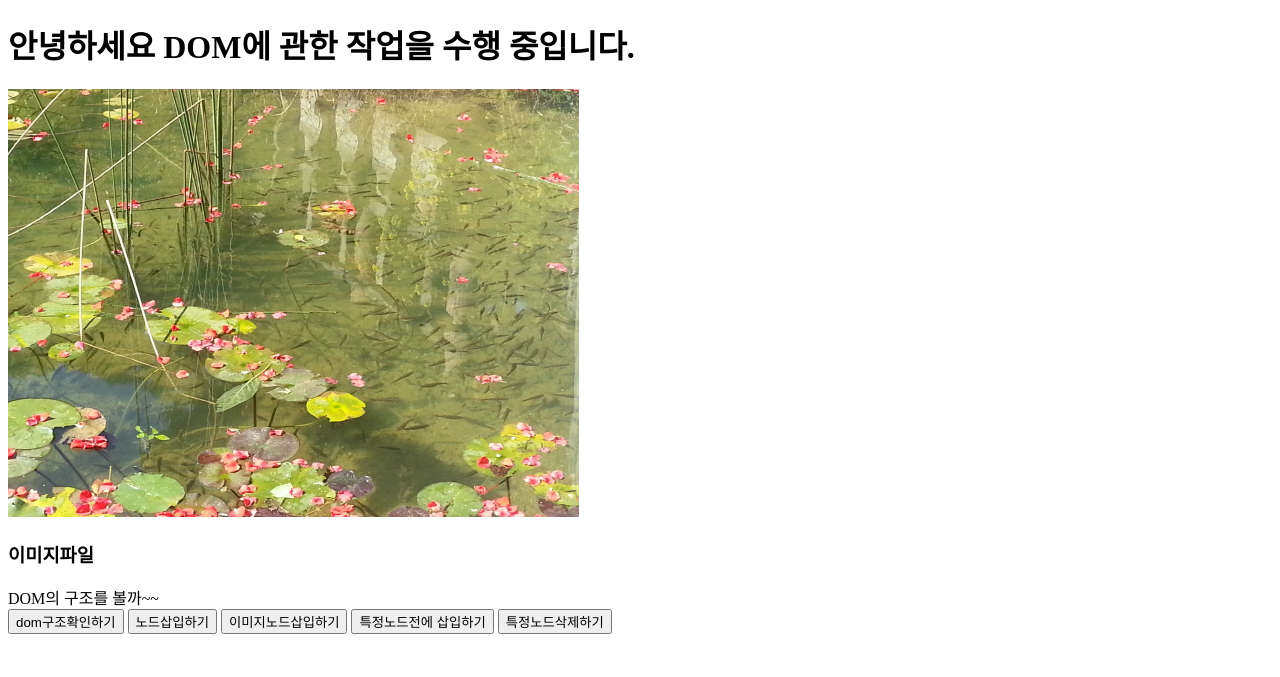
Repository: sonic247897/multicampus-web
Page: clientweb/WebContent/js_dom/js_basic_dom_nodeinsert.html
These files come from the project's save history. The page is drawn as it stood at one moment and after the next save; the edit follows.
The browser window is 1280 px wide. The pictures show the whole page.

Above is the page before, as saved 2020-01-10 02:08:53.

### clientweb/WebContent/js_dom/js_basic_dom_nodeinsert.html
<!DOCTYPE html>
<html>
<head>
<meta http-equiv="Content-Type" content="text/html; charset=EUC-KR" />
	<title>Insert title here</title>
	<script type="text/javascript">
	window.onload = function(){
		document.getElementById("btninsert").onclick = function(){
			// alert("Test");
			// <텍스트 노드 만들기>
			//1. 노드 생성
			newTextNode = document.createTextNode("삽입될 텍스트 ");

			//2. 삽입될 상위 노드를 구하기
			targetNode = document.getElementById("domtestbtn");

			//3. target노드에 새롭게 생성한 노드를 추가한다. - 하위노드로 추가
			targetNode.appendChild(newTextNode);
		}

		}
	</script>
</head>
<body>
	<div id="main">
		<h1 id="myhead">안녕하세요 DOM에 관한 작업을 수행 중입니다.</h1>
		<div id="mycontent1"><img src="../images/m_garden07.jpg" name="myimg" id="myimagId"
				alt="이미지파일" /><h3>이미지파일</h3></div>
		<div id="mycontent2">DOM의 구조를 볼까~~</div>
		<div id="domtestbtn">
			<form id="myformId" name="myform">
				<input type="button" value="dom구조확인하기"
					 name="btn" id="btndomtest" />
				<input type="button" value="노드삽입하기"
					 name="btn" id="btninsert" />
				<input type="button" value="이미지노드삽입하기"
					 name="btn" id="imginsert" />

				<input type="button" value="특정노드전에 삽입하기"
					 name="btn" id="btninsertbefore" />
				<input type="button" value="특정노드삭제하기"
					 name="btn" id="btndelete" />
			</form>

		</div>
	</div>
</body>
</html>

After the next save:
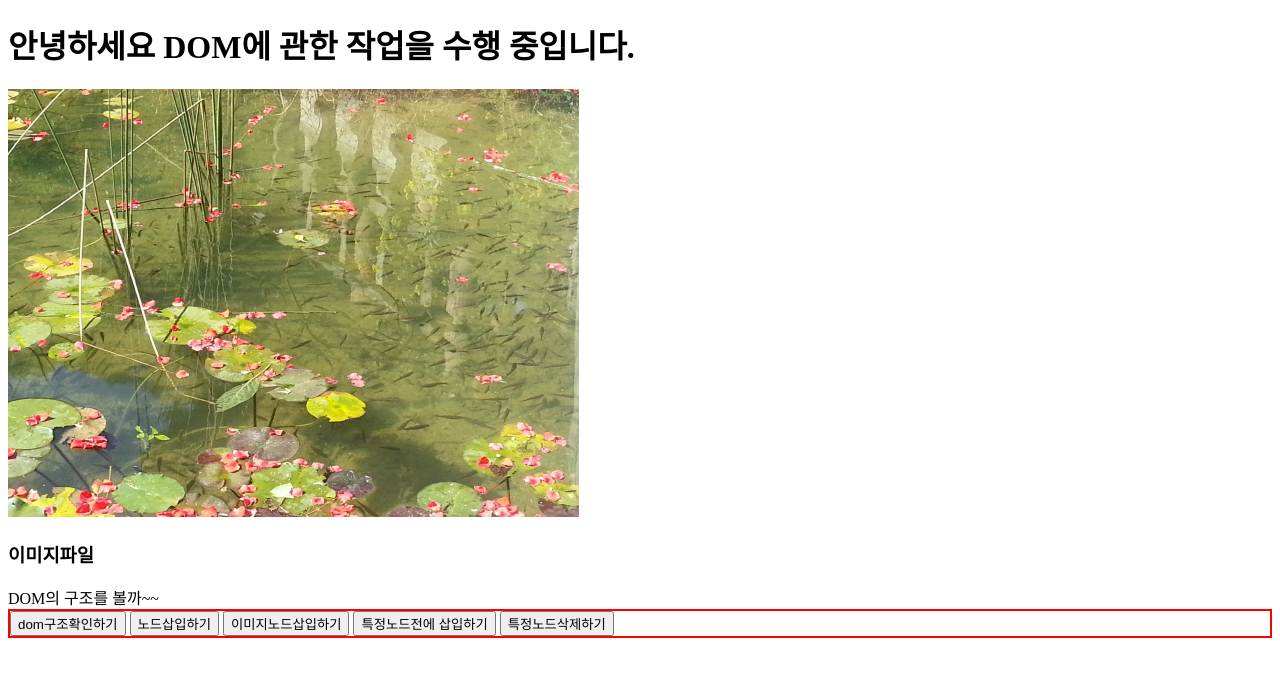
Saved 14 s later.
--- a/clientweb/WebContent/js_dom/js_basic_dom_nodeinsert.html
+++ b/clientweb/WebContent/js_dom/js_basic_dom_nodeinsert.html
@@ -27,7 +27,8 @@
 		<div id="mycontent1"><img src="../images/m_garden07.jpg" name="myimg" id="myimagId"
 				alt="이미지파일" /><h3>이미지파일</h3></div>
 		<div id="mycontent2">DOM의 구조를 볼까~~</div>
-		<div id="domtestbtn">
+		<div id="domtestbtn" style="border: solid 2px red;">
+			<form id="myformId" name="myform">
 			<form id="myformId" name="myform">
 				<input type="button" value="dom구조확인하기"
 					 name="btn" id="btndomtest" />
